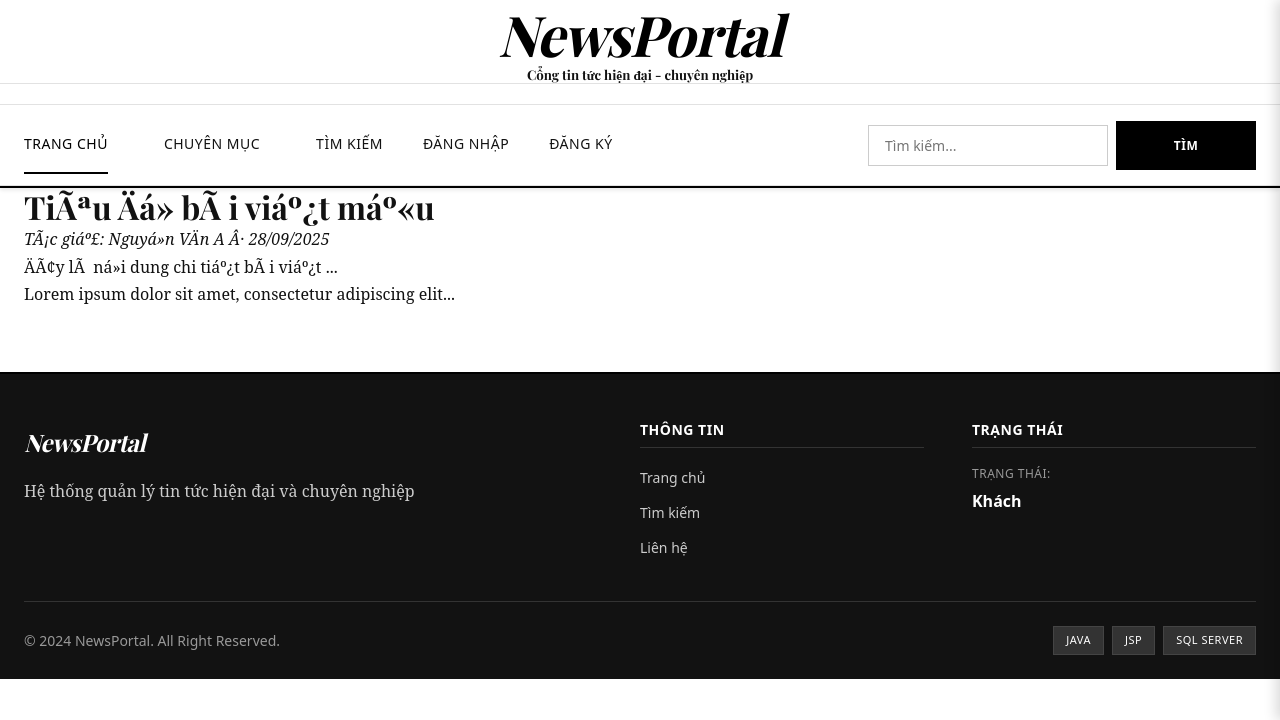
Repository: minhtvpy00202-git/Assignment_PY00202_MinhTV
Page: http://localhost/NewsPortal_PY00202/WEB-INF/views/news-detail.jsp
These files come from the project's save history. The page is drawn as it stood at one moment and after the next save; the edit follows.
The browser window is 1280 px wide. The pictures show the whole page.
Some web fonts or font styles are not loaded; a fallback is used. The page is served by Tomcat 10. Nobody is signed in. Other server files are loaded and not shown. The template is opened directly, without the code that normally fills it, so the values that code supplies are empty.

Above is the page before, as saved 2025-09-28 01:04:49.

### Assignment_NewsPortal/NewsPortal_PY00202/src/main/webapp/WEB-INF/views/news-detail.jsp
<%@ include file="layout/header.jsp" %>
<main class="container">
  <h1>Tiêu đề bài viết mẫu</h1>
  <p><i>Tác giả: Nguyễn Văn A · 28/09/2025</i></p>
  <p>Đây là nội dung chi tiết bài viết ...</p>
  <p>Lorem ipsum dolor sit amet, consectetur adipiscing elit...</p>
</main>
<%@ include file="layout/footer.jsp" %>

### Assignment_NewsPortal/NewsPortal_PY00202/src/main/webapp/WEB-INF/views/layout/header.jsp
<%@ page contentType="text/html; charset=UTF-8" pageEncoding="UTF-8"%>
<%@ taglib prefix="c" uri="jakarta.tags.core"%>
<c:set var="ctx" value="${pageContext.request.contextPath}" />
<!DOCTYPE html>
<html lang="vi">
<head>
<link href="https://fonts.googleapis.com/css2?family=Playwrite+DE+Grund+Guides&display=swap" rel="stylesheet">
<link rel="preconnect" href="https://fonts.googleapis.com">
<link rel="preconnect" href="https://fonts.gstatic.com" crossorigin>
<link href="https://fonts.googleapis.com/css2?family=DM+Sans:ital,opsz,wght@0,9..40,100..1000;1,9..40,100..1000&display=swap" rel="stylesheet">
<meta charset="UTF-8">
<meta name="viewport" content="width=device-width, initial-scale=1.0">
<title><c:out value="${pageTitle != null ? pageTitle : 'NewsPortal'}" /></title>
<link rel="preconnect" href="https://fonts.googleapis.com">
<link rel="preconnect" href="https://fonts.gstatic.com" crossorigin>
<link href="https://fonts.googleapis.com/css2?family=Lora:ital,wght@0,400;0,500;0,600;0,700;1,400;1,500&display=swap" rel="stylesheet">
<link rel="stylesheet" href="${pageContext.request.contextPath}/assets/css/main.css">
</head>
<body>
	<!-- Header -->
	<header class="main-header">
		<!-- Logo Section (Desktop) -->
		<div class="logo-section">
			<div class="container">
				<h1 class="main-logo">
					<a href="${pageContext.request.contextPath}/home">NewsPortal</a>
					<h5>Cổng tin tức hiện đại - chuyên nghiệp</h5>
				</h1>
			</div>
		</div>

		<div class="container">
			<div class="header-content">
				<!-- Mobile Menu Button -->
				<button class="mobile-menu-btn" onclick="toggleMobileMenu()" aria-label="Menu">
					<span class="hamburger-line"></span>
					<span class="hamburger-line"></span>
					<span class="hamburger-line"></span>
				</button>

				<!-- Mobile Logo -->
				<div class="mobile-logo-section">
					<h1 class="mobile-logo">
						<a href="${pageContext.request.contextPath}/home">NewsPortal</a>
					</h1>
				</div>

				<!-- User Account Button (Mobile) -->
				<c:choose>
					<c:when test="${not empty sessionScope.user}">
						<c:choose>
							<c:when test="${sessionScope.user.role}">
								<a class="mobile-account-btn" href="${pageContext.request.contextPath}/admin/dashboard" aria-label="Admin Dashboard">
									<svg width="20" height="20" viewBox="0 0 24 24" fill="currentColor">
										<path d="M12 12c2.21 0 4-1.79 4-4s-1.79-4-4-4-4 1.79-4 4 1.79 4 4 4zm0 2c-2.67 0-8 1.34-8 4v2h16v-2c0-2.66-5.33-4-8-4z"/>
									</svg>
								</a>
							</c:when>
							<c:otherwise>
								<a class="mobile-account-btn" href="${pageContext.request.contextPath}/reporter/dashboard" aria-label="Reporter Dashboard">
									<svg width="20" height="20" viewBox="0 0 24 24" fill="currentColor">
										<path d="M12 12c2.21 0 4-1.79 4-4s-1.79-4-4-4-4 1.79-4 4 1.79 4 4 4zm0 2c-2.67 0-8 1.34-8 4v2h16v-2c0-2.66-5.33-4-8-4z"/>
									</svg>
								</a>
							</c:otherwise>
						</c:choose>
					</c:when>
					<c:when test="${not empty sessionScope.authUser}">
						<c:choose>
							<c:when test="${sessionScope.authUser.role}">
								<a class="mobile-account-btn" href="${pageContext.request.contextPath}/admin/dashboard" aria-label="Admin Dashboard">
									<svg width="20" height="20" viewBox="0 0 24 24" fill="currentColor">
										<path d="M12 12c2.21 0 4-1.79 4-4s-1.79-4-4-4-4 1.79-4 4 1.79 4 4 4zm0 2c-2.67 0-8 1.34-8 4v2h16v-2c0-2.66-5.33-4-8-4z"/>
									</svg>
								</a>
							</c:when>
							<c:otherwise>
								<a class="mobile-account-btn" href="${pageContext.request.contextPath}/reporter/dashboard" aria-label="Reporter Dashboard">
									<svg width="20" height="20" viewBox="0 0 24 24" fill="currentColor">
										<path d="M12 12c2.21 0 4-1.79 4-4s-1.79-4-4-4-4 1.79-4 4 1.79 4 4 4zm0 2c-2.67 0-8 1.34-8 4v2h16v-2c0-2.66-5.33-4-8-4z"/>
									</svg>
								</a>
							</c:otherwise>
						</c:choose>
					</c:when>
					<c:otherwise>
						<a class="mobile-account-btn" href="${pageContext.request.contextPath}/auth/login" aria-label="Login">
							<svg width="20" height="20" viewBox="0 0 24 24" fill="currentColor">
								<path d="M12 12c2.21 0 4-1.79 4-4s-1.79-4-4-4-4 1.79-4 4 1.79 4 4 4zm0 2c-2.67 0-8 1.34-8 4v2h16v-2c0-2.66-5.33-4-8-4z"/>
							</svg>
						</a>
					</c:otherwise>
				</c:choose>
			</div>
		</div>

		<!-- Desktop Navigation -->
		<nav class="desktop-nav">
			<div class="container">
				<div class="nav-links">
					<a class="nav-link" data-page="/home" href="${ctx}/home">Trang chủ</a>

					<div class="nav-item dropdown">
						<a class="nav-link" data-page="/category" href="#">Chuyên mục</a>
						<div class="dropdown-menu">
							<c:forEach var="cata" items="${categories}">
								<a class="dropdown-item" href="${ctx}/category?id=${cata.id}">${cata.name}</a>
							</c:forEach>
						</div>
					</div>

					<a class="nav-link" data-page="/search"   href="${ctx}/search">Tìm kiếm</a>

					<c:choose>
						<c:when test="${not empty sessionScope.user}">
							<c:choose>
								<c:when test="${sessionScope.user.role}">
									<a class="nav-link" href="${pageContext.request.contextPath}/admin/dashboard">Dashboard</a>
								</c:when>
								<c:otherwise>
									<a class="nav-link" href="${pageContext.request.contextPath}/reporter/dashboard">Dashboard</a>
								</c:otherwise>
							</c:choose>
							<a class="nav-link" href="${pageContext.request.contextPath}/auth/logout">Đăng xuất</a>
						</c:when>
						<c:when test="${not empty sessionScope.authUser}">
							<c:choose>
								<c:when test="${sessionScope.authUser.role}">
									<a class="nav-link" href="${pageContext.request.contextPath}/admin/dashboard">Dashboard</a>
								</c:when>
								<c:otherwise>
									<a class="nav-link" href="${pageContext.request.contextPath}/reporter/dashboard">Dashboard</a>
								</c:otherwise>
							</c:choose>
							<a class="nav-link" href="${pageContext.request.contextPath}/auth/logout">Đăng xuất</a>
						</c:when>
						<c:otherwise>
							<a class="nav-link" href="${pageContext.request.contextPath}/auth/login">Đăng nhập</a>
							<a class="nav-link" href="${pageContext.request.contextPath}/auth/register">Đăng ký</a>
						</c:otherwise>
					</c:choose>
				</div>

				<form class="search-form" action="${pageContext.request.contextPath}/search" method="get">
					<input class="form-control" name="q" type="search" value="<c:out value='${q}'/>" placeholder="Tìm kiếm...">
					<button class="btn btn-primary" type="submit">Tìm</button>
				</form>
			</div>
		</nav>
	</header>

	<!-- Mobile Menu Overlay -->
	<div class="mobile-menu-overlay" onclick="closeMobileMenu()"></div>

	<!-- Mobile Menu -->
	<nav class="mobile-menu">
		<div class="mobile-menu-header">
			<h2>Menu</h2>
			<button class="close-btn" onclick="closeMobileMenu()" aria-label="Close">×</button>
		</div>

		<div class="mobile-menu-content">
			<div class="mobile-nav-section">
				<a class="mobile-nav-link" href="${pageContext.request.contextPath}/home">Trang chủ</a>
				<a class="mobile-nav-link" href="${pageContext.request.contextPath}/search">Tìm kiếm</a>

				<div class="mobile-nav-group">
					<h3>Chuyên mục</h3>
					<c:forEach var="cata" items="${categories}">
						<a class="mobile-nav-sublink" href="${pageContext.request.contextPath}/category?id=${cata.id}">
							${cata.name}
						</a>
					</c:forEach>
				</div>
			</div>

			<div class="mobile-nav-section">
				<c:choose>
					<c:when test="${not empty sessionScope.user}">
						<c:choose>
							<c:when test="${sessionScope.user.role}">
								<a class="mobile-nav-link" href="${pageContext.request.contextPath}/admin/dashboard">Dashboard</a>
							</c:when>
							<c:otherwise>
								<a class="mobile-nav-link" href="${pageContext.request.contextPath}/reporter/dashboard">Dashboard</a>
							</c:otherwise>
						</c:choose>
						<a class="mobile-nav-link logout" href="${pageContext.request.contextPath}/auth/logout">Đăng xuất</a>
					</c:when>
					<c:when test="${not empty sessionScope.authUser}">
						<c:choose>
							<c:when test="${sessionScope.authUser.role}">
								<a class="mobile-nav-link" href="${pageContext.request.contextPath}/admin/dashboard">Dashboard</a>
							</c:when>
							<c:otherwise>
								<a class="mobile-nav-link" href="${pageContext.request.contextPath}/reporter/dashboard">Dashboard</a>
							</c:otherwise>
						</c:choose>
						<a class="mobile-nav-link logout" href="${pageContext.request.contextPath}/auth/logout">Đăng xuất</a>
					</c:when>
					<c:otherwise>
						<a class="mobile-nav-link" href="${pageContext.request.contextPath}/auth/login">Đăng nhập</a>
						<a class="mobile-nav-link" href="${pageContext.request.contextPath}/auth/register">Đăng ký</a>
					</c:otherwise>
				</c:choose>
			</div>

			<div class="mobile-search-section">
				<form action="${pageContext.request.contextPath}/search" method="get">
					<div class="mobile-search-group">
						<input class="mobile-search-input" name="q" type="search" value="<c:out value='${q}'/>" placeholder="Tìm kiếm bài viết...">
						<button class="mobile-search-btn" type="submit">Tìm</button>
					</div>
				</form>
			</div>
		</div>
	</nav>


<script>
// Mobile Menu Functions
function toggleMobileMenu() {
    const mobileMenu = document.querySelector('.mobile-menu');
    const overlay = document.querySelector('.mobile-menu-overlay');
    const body = document.body;
    const menuBtn = document.querySelector('.mobile-menu-btn');

    mobileMenu.classList.add('active');
    overlay.classList.add('active');
    body.classList.add('menu-open');
    menuBtn.classList.add('active');
}

function closeMobileMenu() {
    const mobileMenu = document.querySelector('.mobile-menu');
    const overlay = document.querySelector('.mobile-menu-overlay');
    const body = document.body;
    const menuBtn = document.querySelector('.mobile-menu-btn');

    mobileMenu.classList.remove('active');
    overlay.classList.remove('active');
    body.classList.remove('menu-open');
    menuBtn.classList.remove('active');
}

// Desktop Dropdown Functions
function toggleDropdown(event) {
    event.preventDefault();
    const dropdown = event.target.parentNode.querySelector('.dropdown-menu');
    const isVisible = dropdown.classList.contains('show');

    // Close all dropdowns
    document.querySelectorAll('.dropdown-menu').forEach(menu => {
        menu.classList.remove('show');
    });

    // Toggle current dropdown
    if (!isVisible) {
        dropdown.classList.add('show');
    }
}

// Close dropdown when clicking outside
document.addEventListener('click', function(event) {
    if (!event.target.closest('.dropdown')) {
        document.querySelectorAll('.dropdown-menu').forEach(menu => {
            menu.classList.remove('show');
        });
    }
});

// Close mobile menu when clicking nav links
document.querySelectorAll('.mobile-nav-link, .mobile-nav-sublink').forEach(link => {
    link.addEventListener('click', closeMobileMenu);
});

// Handle window resize
window.addEventListener('resize', function() {
    if (window.innerWidth > 768) {
        closeMobileMenu();
    }
});


</script>
<script>
document.addEventListener('DOMContentLoaded', function () {
  const ctx = '${ctx}';

  // Chuẩn hoá path: bỏ contextPath, bỏ query, bỏ dấu / cuối
  const normalize = p => {
    p = p.replace(ctx, '');
    if (!p) return '/home';
    if (p.length > 1 && p.endsWith('/')) p = p.slice(0, -1);
    return p;
  };

  const path = normalize(window.location.pathname);

  // Bỏ active cũ
  const items = Array.from(document.querySelectorAll('.desktop-nav .nav-link[data-page]'));
  items.forEach(a => a.classList.remove('active'));

  // Chọn item có data-page là prefix dài nhất của path
  let best = null;
  let bestLen = -1;
  items.forEach(a => {
    const dp = a.getAttribute('data-page');
    if (path === dp || path.startsWith(dp)) {
      if (dp.length > bestLen) {
        best = a;
        bestLen = dp.length;
      }
    }
  });

  // Fallback: vẫn không thấy thì gắn Trang chủ
  if (!best) {
    best = document.querySelector('.desktop-nav .nav-link[data-page="/home"]');
  }

  if (best) best.classList.add('active');
});
</script>

</body>

### Assignment_NewsPortal/NewsPortal_PY00202/src/main/webapp/WEB-INF/views/layout/footer.jsp
<%@ page contentType="text/html; charset=UTF-8" pageEncoding="UTF-8"%>
<%@ taglib prefix="c" uri="jakarta.tags.core" %>

<!-- Modern Footer -->
<footer class="modern-footer">
    <div class="footer-container">
        <div class="footer-content">
            <div class="footer-section">
                <div class="footer-brand">
                    <span class="footer-logo">📰</span>
                    <span class="footer-title">NewsPortal</span>
                </div>
                <p class="footer-description">
                    Hệ thống quản lý tin tức hiện đại và chuyên nghiệp
                </p>
            </div>

            <div class="footer-section">
                <h4 class="footer-heading">Thông tin</h4>
                <ul class="footer-links">
                    <li><a href="${pageContext.request.contextPath}/home">Trang chủ</a></li>
                    <li><a href="${pageContext.request.contextPath}/search">Tìm kiếm</a></li>
                    <li><a href="#" onclick="return false;">Liên hệ</a></li>
                </ul>
            </div>

            <div class="footer-section">
                <h4 class="footer-heading">Trạng thái</h4>
                <div class="footer-status">
                    <c:choose>
                        <c:when test="${not empty sessionScope.authUser}">
                            <div class="status-item">
                                <span class="status-label">Đăng nhập:</span>
                                <span class="status-value">
                                    <c:out value="${sessionScope.authUser.fullname != null ? sessionScope.authUser.fullname : sessionScope.authUser.username}"/>
                                </span>
                            </div>
                            <div class="status-item">
                                <span class="status-label">Vai trò:</span>
                                <span class="status-value ${sessionScope.authUser.role ? 'admin' : 'reporter'}">
                                    ${sessionScope.authUser.role ? 'Quản trị viên' : 'Phóng viên'}
                                </span>
                            </div>
                        </c:when>
                        <c:when test="${not empty sessionScope.user}">
                            <div class="status-item">
                                <span class="status-label">Đăng nhập:</span>
                                <span class="status-value">
                                    <c:out value="${sessionScope.user.fullname != null ? sessionScope.user.fullname : sessionScope.user.username}"/>
                                </span>
                            </div>
                        </c:when>
                        <c:otherwise>
                            <div class="status-item">
                                <span class="status-label">Trạng thái:</span>
                                <span class="status-value">Khách</span>
                            </div>
                        </c:otherwise>
                    </c:choose>
                </div>
            </div>
        </div>

        <div class="footer-bottom">
            <div class="footer-copyright">
                <p>&copy; 2024 NewsPortal. All Right Reserved.</p>
            </div>
            <div class="footer-tech">
                <span class="tech-badge">Java</span>
                <span class="tech-badge">JSP</span>
                <span class="tech-badge">SQL Server</span>
            </div>
        </div>
    </div>
</footer>



</body>
</html>

Loaded but not shown: Assignment_NewsPortal/NewsPortal_PY00202/src/main/webapp/assets/css/main.css (4201 lines, source omitted)

After the next save:
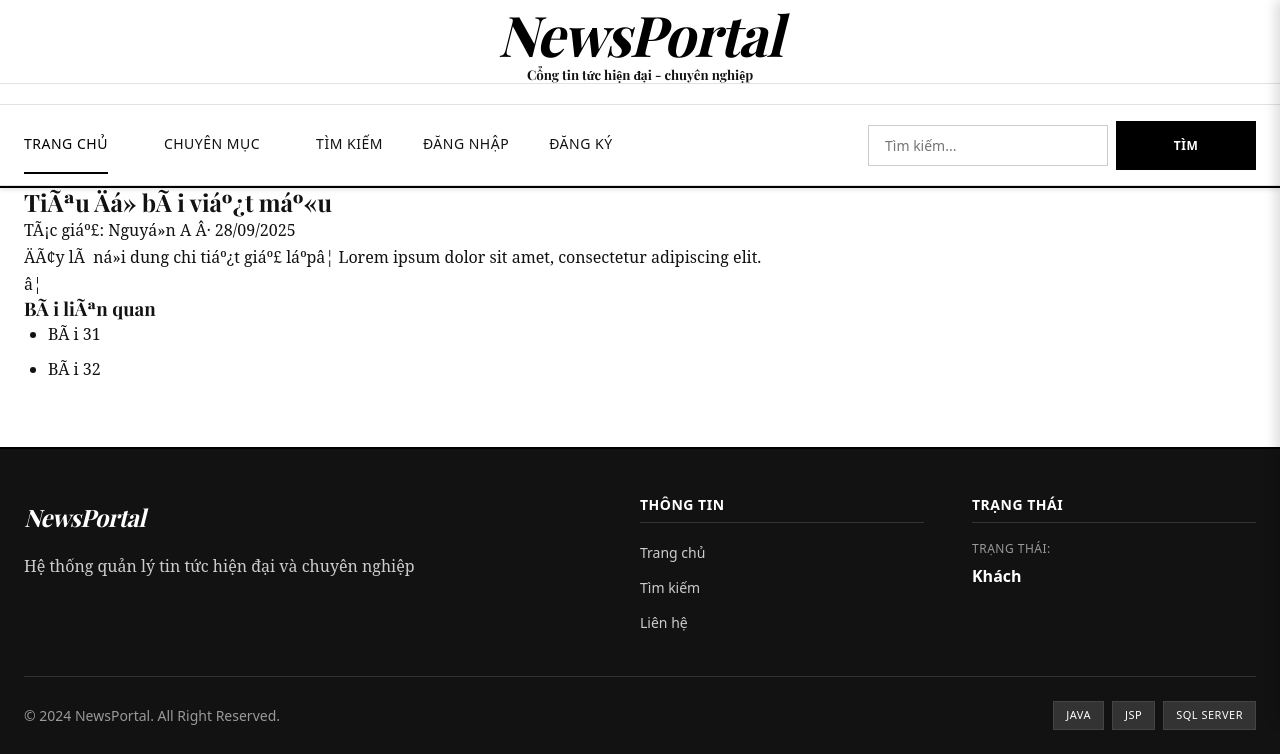
Saved 9 s later.
--- a/Assignment_NewsPortal/NewsPortal_PY00202/src/main/webapp/WEB-INF/views/news-detail.jsp
+++ b/Assignment_NewsPortal/NewsPortal_PY00202/src/main/webapp/WEB-INF/views/news-detail.jsp
@@ -1,8 +1,20 @@
-<%@ include file="layout/header.jsp" %>
+<%@ include file="/WEB-INF/views/layout/header.jsp"%>
 <main class="container">
-  <h1>Tiêu đề bài viết mẫu</h1>
-  <p><i>Tác giả: Nguyễn Văn A · 28/09/2025</i></p>
-  <p>Đây là nội dung chi tiết bài viết ...</p>
-  <p>Lorem ipsum dolor sit amet, consectetur adipiscing elit...</p>
+	<article class="post">
+		<h1>Tiêu đề bài viết mẫu</h1>
+		<p class="meta">Tác giả: Nguyễn A · 28/09/2025</p>
+		<p>Đây là nội dung chi tiết giả lập… Lorem ipsum dolor sit amet,
+			consectetur adipiscing elit.</p>
+		<p>…</p>
+	</article>
+	<section class="related">
+		<h3>Bài liên quan</h3>
+		<ul>
+			<li><a href="${pageContext.request.contextPath}/news/31">Bài
+					31</a></li>
+			<li><a href="${pageContext.request.contextPath}/news/32">Bài
+					32</a></li>
+		</ul>
+	</section>
 </main>
-<%@ include file="layout/footer.jsp" %>
+<%@ include file="/WEB-INF/views/layout/footer.jsp"%>
